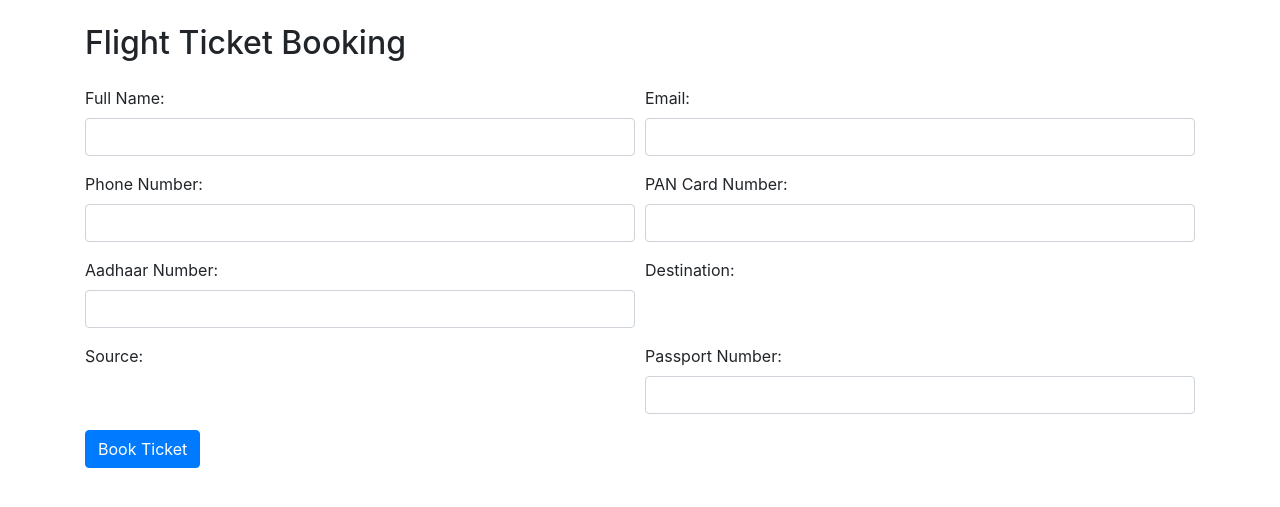
Repository: Hari-mani-don/JavaDynamicProjectWorkspace
Page: http://localhost/Airline/ticketBookingPage.jsp
The author's editor kept a copy of each file at every save. The page is drawn from the files as they stood at one save, then again after a run of saves.
The browser window is 1280 px wide. The pictures show the whole page.
The page is served by Tomcat 9.

Above is the page before, as saved 2024-05-15 23:10:56.

### Airline/src/main/webapp/ticketBookingPage.jsp
<%@ page language="java" contentType="text/html; charset=UTF-8"
	pageEncoding="UTF-8"%>
<!DOCTYPE html>
<html lang="en">
<head>
<meta charset="UTF-8">
<meta name="viewport" content="width=device-width, initial-scale=1.0">

<title>Flight Ticket Booking</title>
<link rel="stylesheet"
	href="https://stackpath.bootstrapcdn.com/bootstrap/4.5.2/css/bootstrap.min.css">

<style>
</style>
</head>
<body>
<%
String source = request.getParameter("source");
String destination = request.getParameter("destination");
String amount = request.getParameter("amount");
String time = request.getParameter("time");
String flightNumber = request.getParameter("flightNumber");
String flightName = request.getParameter("flightName");
%>
	<div class="container">
		<h2 class="mt-4 mb-4">Flight Ticket Booking</h2>
		<form action="TicketBookingServlet" method="post" id="bookingForm">
			<div class="form-row">
				<div class="form-group col-md-6">
					<label for="fullName">Full Name:</label> <input type="text"
						class="form-control" id="fullName" name="fullName" required>
				</div>
				<div class="form-group col-md-6">
					<label for="email">Email:</label> <input type="email"
						class="form-control" id="email" name="email" required>
				</div>
			</div>
			<div class="form-row">
				<div class="form-group col-md-6">
					<label for="phone">Phone Number:</label> <input type="tel"
						class="form-control" id="phone" name="phone" pattern="[0-9]{10}"
						required>
				</div>
				<div class="form-group col-md-6">
					<label for="panCard">PAN Card Number:</label> <input type="text"
						class="form-control" id="panCard" name="panCard" required>
				</div>
			</div>
			<div class="form-row">
				<div class="form-group col-md-6">
					<label for="aadhaar">Aadhaar Number:</label> <input type="tel"
						class="form-control" id="aadhaar" name="aadhaar"
						pattern="[0-9]{12}" required>
				</div>
				<div class="form-group col-md-6">
					<label for="destination">Destination:</label> <input type="hidden"
						class="form-control" id="destination" name="destination" value="<%=destination %>" required>
				</div>
			</div>
			<div class="form-row">
				 <input type="hidden"class="form-control" id="source" name="source" value="<%=source %>" required>
				 <input type="hidden"class="form-control" id="amount" name="amount" value="<%=amount %>" required>
				 <input type="hidden"class="form-control" id="time" name="time" value="<%=time %>" required>
				 <input type="hidden"class="form-control" id="flightNumber" name="flightNumber" value="<%=flightNumber %>" required>
				 <input type="hidden"class="form-control" id="flightName" name="flightName" value="<%=flightName %>" required>

				<div class="form-group col-md-6">
					<label for="source">Source:</label> <input type="hidden"
						class="form-control" id="source" name="source" value="<%=source %>" required>
				</div>
				<div class="form-group col-md-6">
					<label for="passport">Passport Number:</label> <input type="number"
						class="form-control" id="passport" name="passport" required>
				</div>
			</div>
			<button type="submit" class="btn btn-primary">Book Ticket</button>
		</form>
	</div>


	<script>
		document.addEventListener("DOMContentLoaded", function() {
			// Get all input fields that require dynamic validation
			const inputFields = document.querySelectorAll('.form-control');

			// Add event listener for input event to each input field
			inputFields.forEach(function(inputField) {
				inputField.addEventListener('input', function(event) {
					// Check if the input field is valid
					if (inputField.validity.valid) {
						// Add the 'is-valid' class
						inputField.classList.add('is-valid');
						// Remove the 'is-invalid' class if present
						inputField.classList.remove('is-invalid');
					} else {
						// Add the 'is-invalid' class
						inputField.classList.add('is-invalid');
						// Remove the 'is-valid' class if present
						inputField.classList.remove('is-valid');
					}
				});
			});

			// Add event listener for form submission
			document.querySelector('form').addEventListener('submit',
					function(event) {
						// Prevent form submission if any input field is invalid
						if (!this.checkValidity()) {
							event.preventDefault();
							event.stopPropagation();
						}

						// Add 'was-validated' class to show validation styles
						this.classList.add('was-validated');
					});
		});
	</script>
</body>
</html>

After the next 2 saves:
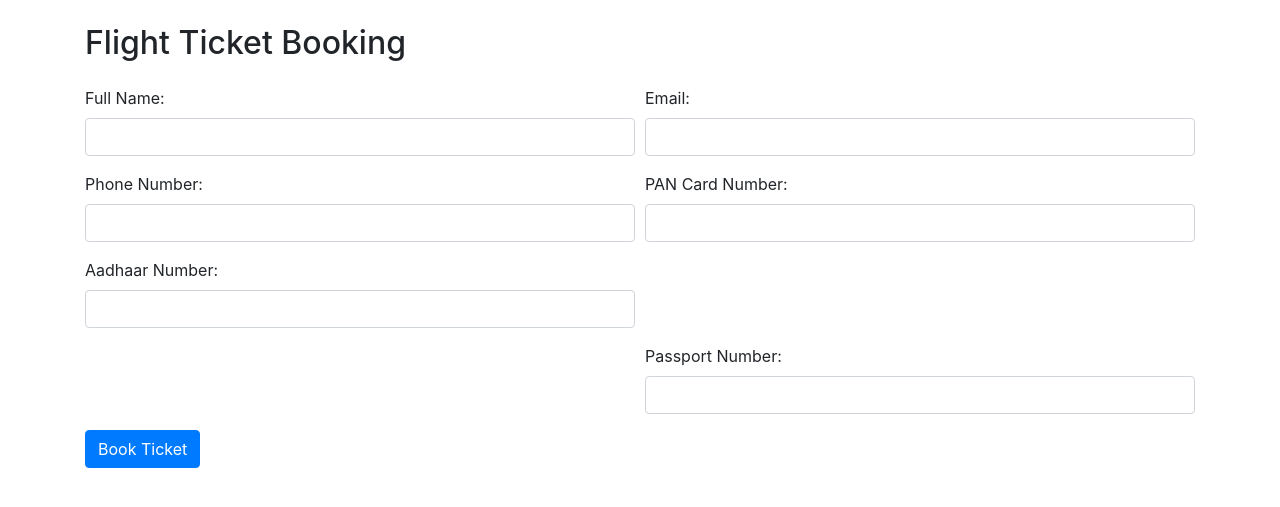
The 2 saves are shown as one change because they came seconds apart.
The last was saved 5 min 23 s later.
--- a/Airline/src/main/webapp/ticketBookingPage.jsp
+++ b/Airline/src/main/webapp/ticketBookingPage.jsp
@@ -53,7 +53,7 @@ String flightName = request.getParameter("flightName");
 						pattern="[0-9]{12}" required>
 				</div>
 				<div class="form-group col-md-6">
-					<label for="destination">Destination:</label> <input type="hidden"
+					 <input type="hidden"
 						class="form-control" id="destination" name="destination" value="<%=destination %>" required>
 				</div>
 			</div>
@@ -65,7 +65,7 @@ String flightName = request.getParameter("flightName");
 				 <input type="hidden"class="form-control" id="flightName" name="flightName" value="<%=flightName %>" required>
 
 				<div class="form-group col-md-6">
-					<label for="source">Source:</label> <input type="hidden"
+					<input type="hidden"
 						class="form-control" id="source" name="source" value="<%=source %>" required>
 				</div>
 				<div class="form-group col-md-6">
